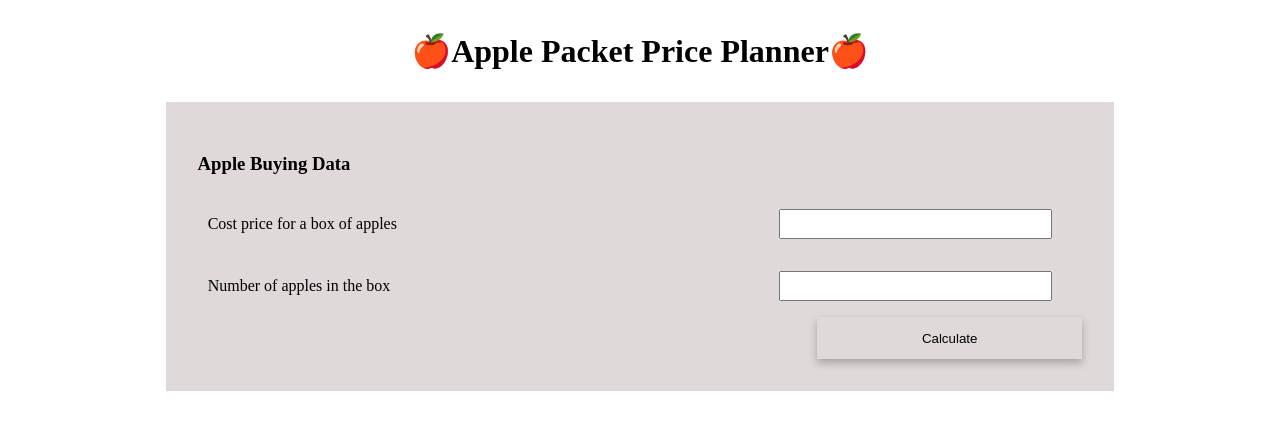
Repository: lasity34/apple-packet-price-planner
Page: index.html
An editor plug-in stored every save of this project. The page is shown before and after the next save, followed by the edit.
The browser window is 1280 px wide. The pictures show the whole page.

Above is the page before, as saved 2023-05-29 10:18:33.

### index.html
<!DOCTYPE html>
<html lang="en">
  <head>
    <meta charset="UTF-8" />
    <meta http-equiv="X-UA-Compatible" content="IE=edge" />
    <meta name="viewport" content="width=device-width, initial-scale=1.0" />
    <title>Apple Packet Price Planner</title>
    <link href="./style.css" rel="stylesheet" />
  </head>
  <body>
    <h1>🍎Apple Packet Price Planner🍎</h1>
    <main>
      <h3>Apple Buying Data</h3>
      <section class="input_section">
        <div class="input_container">
          <label for="apple_price">Cost price for a box of apples</label><br />
          <input
            type="number"
            id="apple_price"
            name="apple_price"
            required
          /><br />
        </div>
      </section>
      <section class="input_section">
        <div class="input_container">
          <label for="apple_num">Number of apples in the box</label><br />
          <input type="number" id="apple_num" name="apple_num" required /><br />
        </div>
      </section>
      <div class="btn_container">
        <div></div>
        <button class="calculate_btn">Calculate</button>
      </div>
    </main>
  </body>
  <script src="./apple-factory.js"></script>
  <script src="./apple-dom.js"></script>
</html>

### style.css

h1 {
    text-align: center;
    margin: 1em;
}

main {
    background-color: rgb(223, 217, 217);
    margin: 0 auto;
    padding: 2em;
    width: 70%;
}

.input_section {
    padding: 1em 0;
}

.input_container {
    display: flex;
    justify-content: space-around;
    height: 30px;
}

.input_container input {
    width: 30%;
}

.input_container label {
    width: 60%;
   align-self: center;
}

.btn_container {
    display: flex;
    justify-content: flex-end;


}

.calculate_btn {
    background-color: rgb(223, 217, 217);
    width: 30%;
    padding: 1em;
    border: none;
    box-shadow: 0px 4px 8px rgba(0, 0, 0, 0.25);
}

### apple-factory.js


function apple_factory(price, num) {

    let apple_cost_price = price || 0;
    let num_apples = num || 0;

    function apple_price(price) {
        apple_cost_price = price
    }

     function apple_count(num) {
        num_apples = num
     }

    function apples_price_length() {
        return apple_cost_price
    }

    function apple_count_length() {
        return num_apples
    }

    return {
        apple_price,
        apples_price_length,
        apple_count,
        apple_count_length

    }
}

### apple-dom.js



const apple_fact = apple_factory()


function apple_dom() {

}

After the next save:
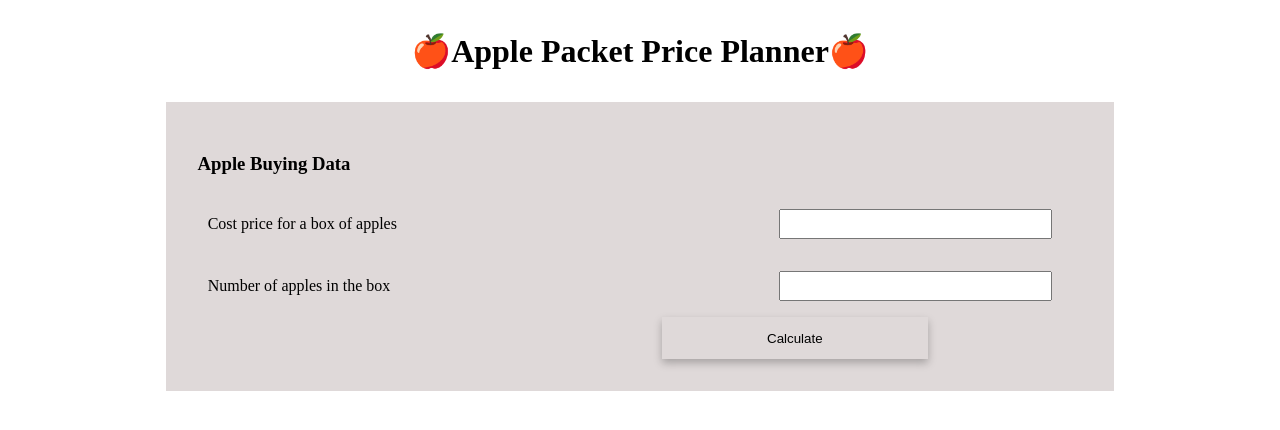
Saved 2 min 8 s later.
--- a/style.css
+++ b/style.css
@@ -32,7 +32,7 @@ main {
 
 .btn_container {
     display: flex;
-    justify-content: flex-end;
+    justify-content: space-around
 
 
 }
